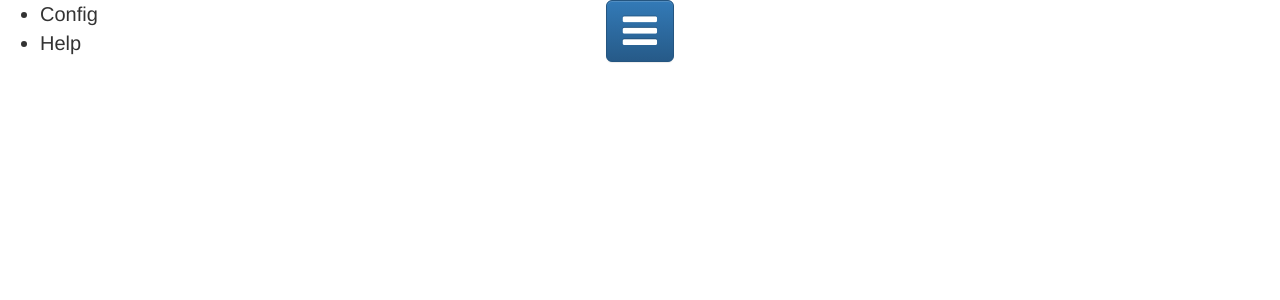
Repository: cristian87dev/DomoLime
Page: client/index.html
The author's editor kept a record of every edit. The page is drawn from the files as they stood at one moment, then again after the next edit.
The browser window is 1280 px wide. The pictures show the whole page.

Above is the page before.
Console error (its wording comes from the project's code and is left out).

After the next edit:
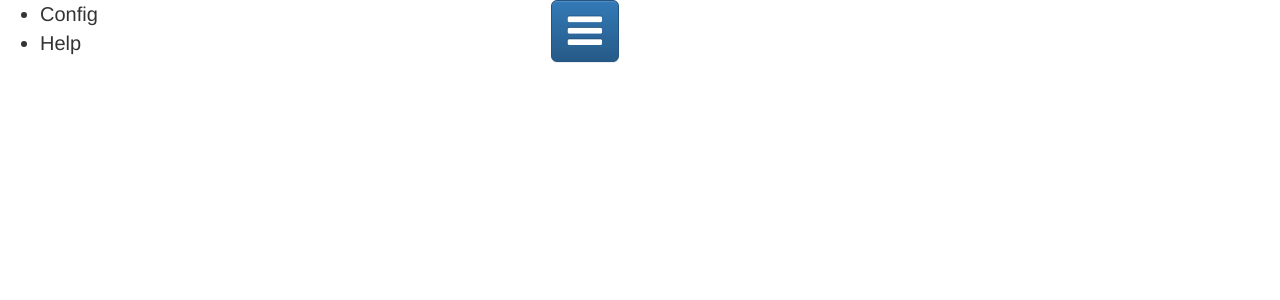
The edit:
--- a/client/index.html
+++ b/client/index.html
@@ -10,7 +10,7 @@
 	<link rel="stylesheet" href="assets/css/main.css">
 </head>
 <body>
-	<header>
+	<header class="container">
 		<nav class="navegation" ng-controller="navController">
 			<div class="button">
 				<button class="fa fa-bars btn btn-primary btn-lg" ng-class="{'warning' : isVisible, 'red' : !isVisible}" ng-click="toggleNav()"></button>
